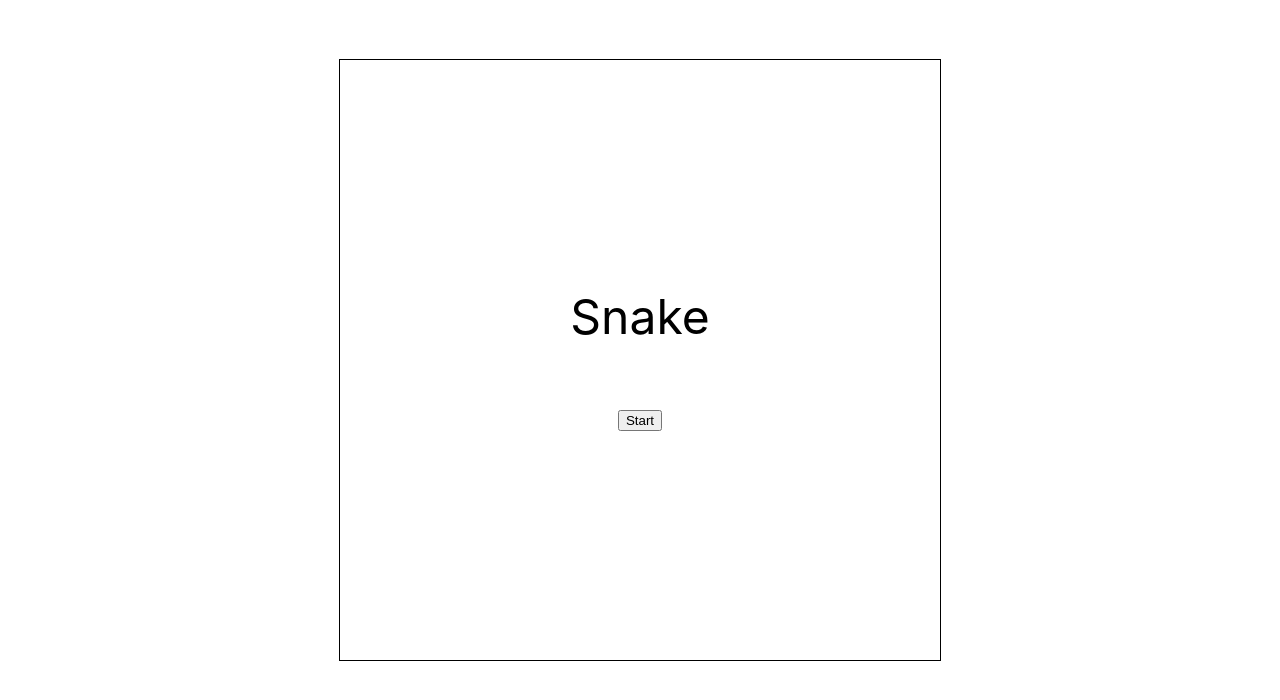
Repository: meills/react-snake
Page: /
The author's editor kept a copy of each file at every save. The page is drawn from the files as they stood at one save, then again after the next save.
The browser window is 1280 px wide. The pictures show the whole page.
The project was rebuilt for these pictures with package versions that can differ from the ones it lists, and the page was loaded fresh each time. Also part of the build but not shown: src/components/Snakeboard.js, src/styles/App.css.

Above is the page before, as saved 2020-06-15 13:35:50.

### src/App.js
import React from 'react';
import Snakeboard from './components/Snakeboard.js';
import Welcome from './components/Welcome.js';
import GameOver from './components/Welcome.js';
import './styles/App.css';
import './styles/snakeboard.css';

const GRID_SIZE = 30;
const TICK_TIME = 100;

class App extends React.Component {
  state = {
    rows: GRID_SIZE,
    cols: GRID_SIZE,
    grid: [],
    food: {},
    snake: {
        head: {},
        tail: [],
    },
    currDir: 'left',
    tickTime: TICK_TIME,
    gameStart: false,
    gameOver: false,
  }


  render() {

    if (this.state.gameStart) {
      return (<div className="snake-container">
                <Snakeboard />
              </div>);
    }

    if (!this.state.gameStart) {
      return (<div className="snake-container">
                <Welcome />
              </div>);
    }

    if (this.state.gameOver) {

    }


  }

}

export default App;

### src/components/Welcome.js
import React from 'react';
import WelcomeMessage from './WelcomeMessage.js'
import StartButton from './StartButton.js'

function Welcome() {
    return(<div className='welcome'>
                <WelcomeMessage />
                <StartButton />
           </div>);
}

export default Welcome;

### src/styles/snakeboard.css
.snake-container {
    width: 100vw;
    height: 100vh;
    display: flex;
    align-items: center;
    justify-content: center;
}

.welcome {
    width: 600px;
    height: 600px;
    outline: 1px solid black;
    display: flex;
    align-items: stretch;
    align-items: center;
    justify-content: center;
    flex-direction: column;

}

.welcome-message {
    font-size: 3em;
    margin-bottom: 1em;
}

.start-btn {
    font-size: 2em;
}

.grid {
    outline: 1px solid black;
    width: 600px;
    height: 600px;
    margin: auto;
    display: flex;
    flex-direction: row;
    flex-wrap: wrap;
}

.grid-item {
    width: 20px;
    height: 20px;
}

.is-food {
    background-color: red;
}


.snake-head {
    background-color: black;
}

.snake-tail {
    background-color: black;
}

### src/components/WelcomeMessage.js
import React from 'react';

function WelcomeMessage() {
    return(<div className='welcome-message'> Snake
           </div>);
}

export default WelcomeMessage;

### src/components/StartButton.js
import React from 'react';

function StartButton() {
    return(<div className='start-btn'><button type='button'>Start</button></div>);
}

export default StartButton;

Loaded but not shown: public/index.html (common file); src/index.js (common file); src/styles/index.css (common file); src/serviceWorker.js (common file)

After the next save:
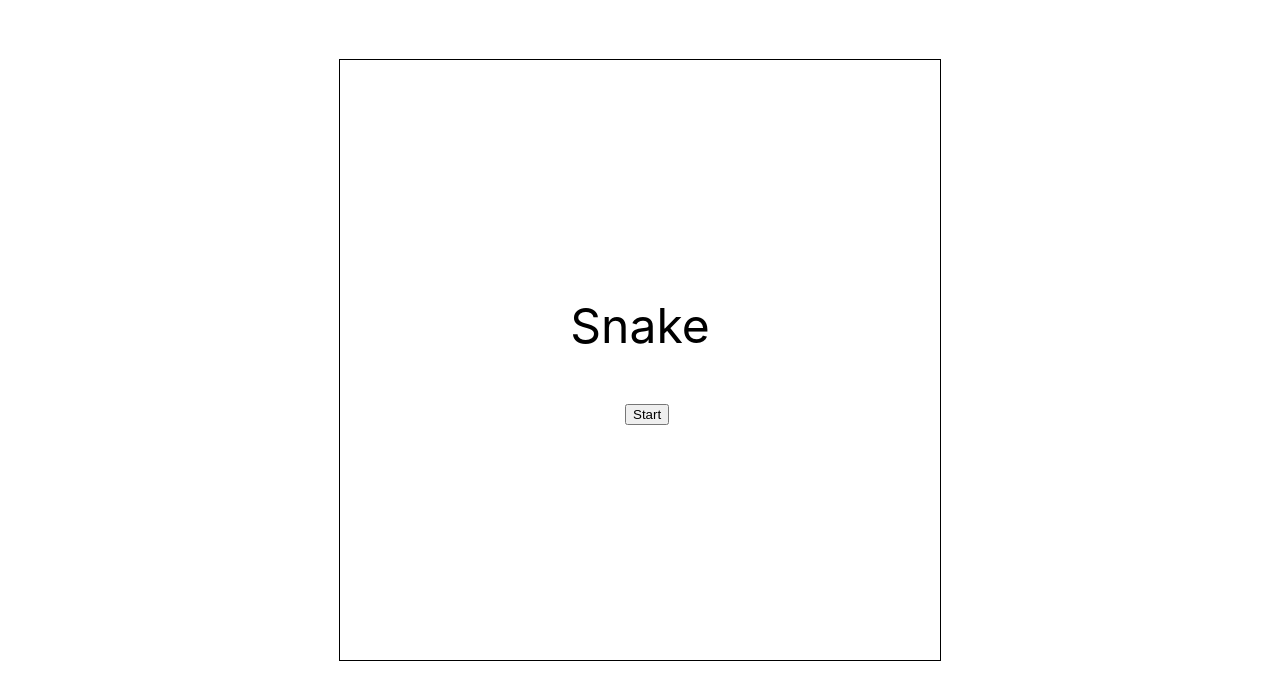
Saved 12 s later.
--- a/src/styles/snakeboard.css
+++ b/src/styles/snakeboard.css
@@ -24,7 +24,7 @@
 }
 
 .start-btn {
-    font-size: 2em;
+    width: 30px
 }
 
 .grid {
